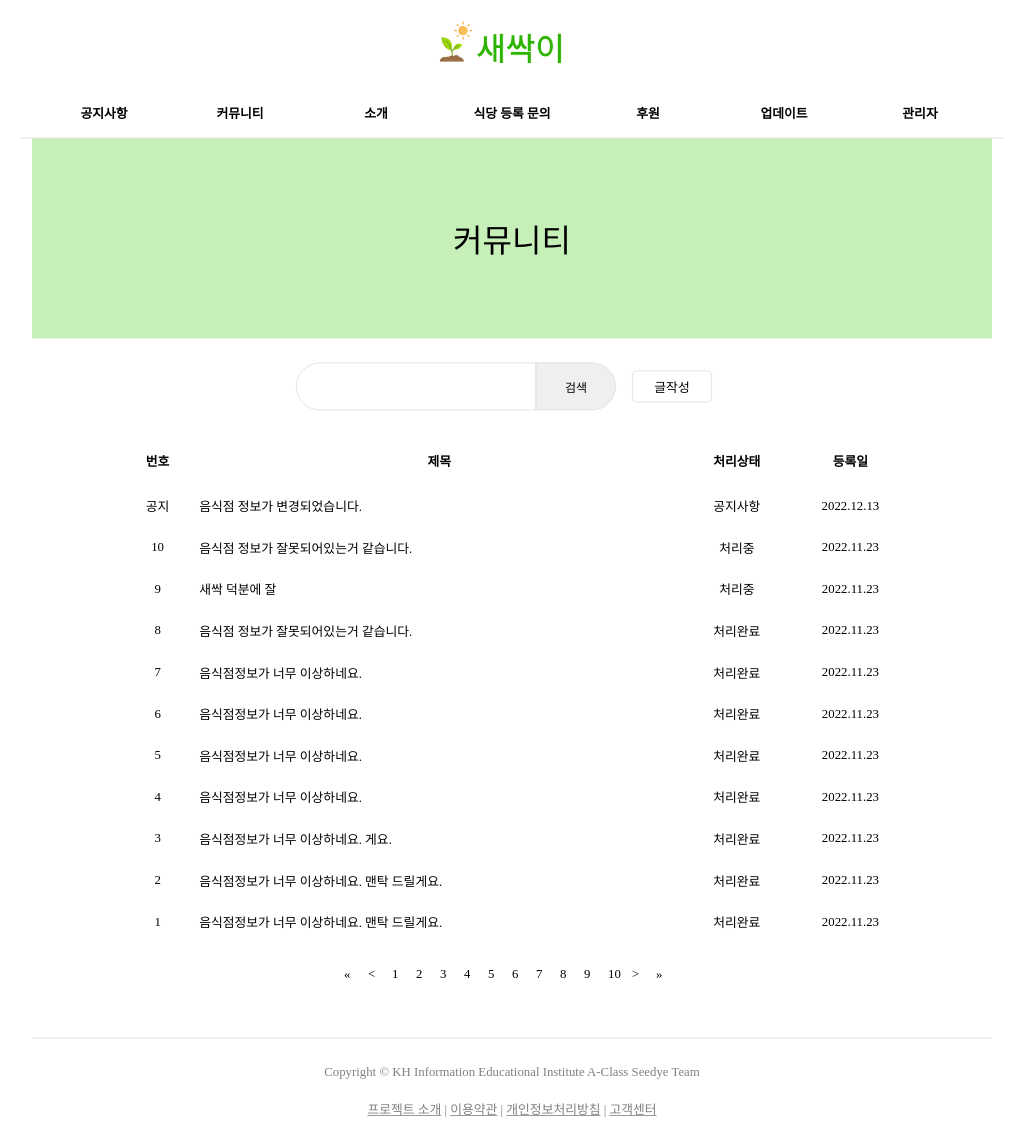
Repository: Seedye/Seedye
Page: team/src/main/webapp/html/board/board-list.html
These files come from the project's save history. The page is drawn as it stood at one moment and after the next save; the edit follows.
The browser window is 1280 px wide. The pictures show the whole page, at 80% of full size.
Some web fonts or font styles are not loaded; a fallback is used.

Above is the page before, as saved 2022-12-14 16:22:43.

After the next save:
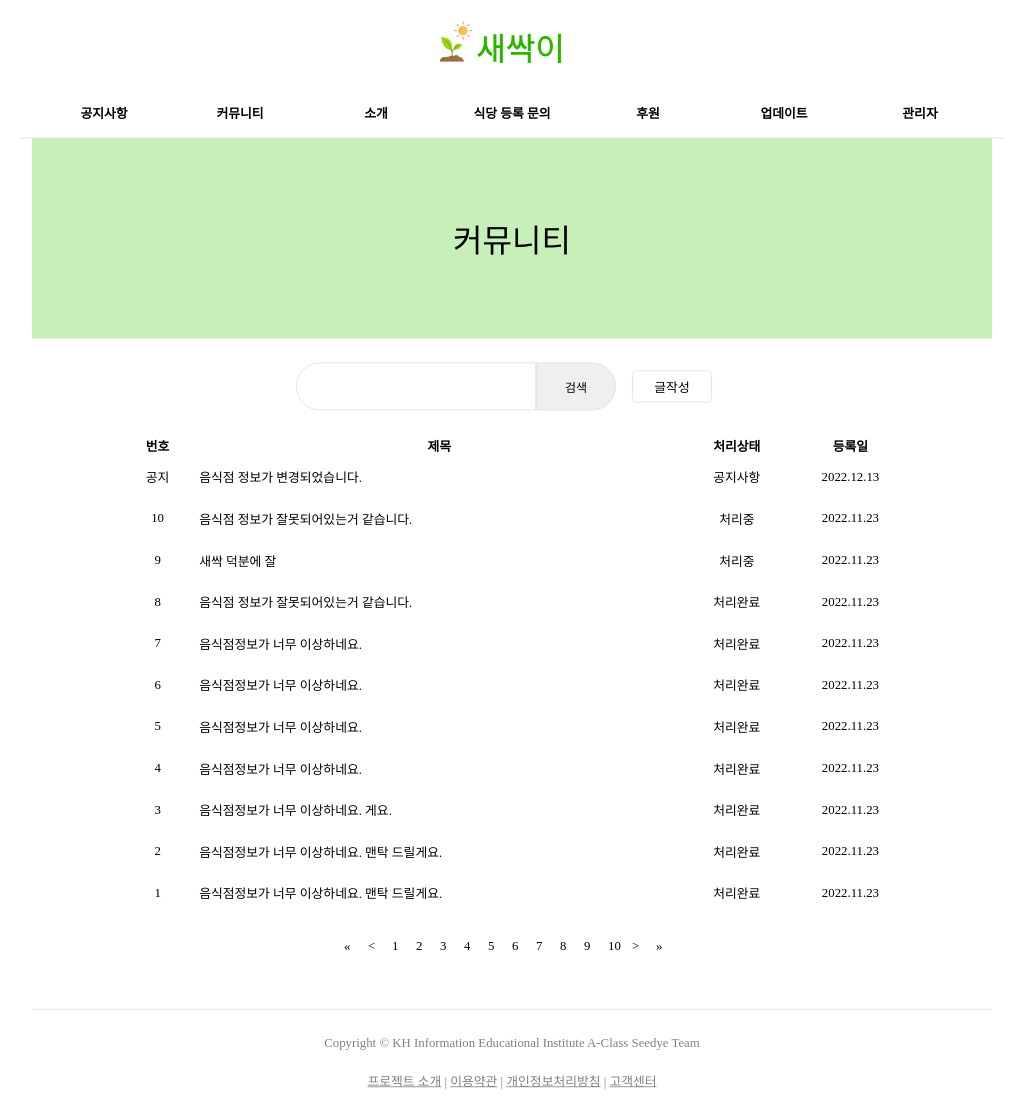
Saved 28 s later.
--- a/team/src/main/webapp/resources/css/boardList-style.css
+++ b/team/src/main/webapp/resources/css/boardList-style.css
@@ -77,7 +77,7 @@
 /* .board-list-area{
   height: 500px;
 } */
-thead{
+.board-list-thead{
   height: 60px;
   /* background-color: red; */
   border-top: 2px solid red;
